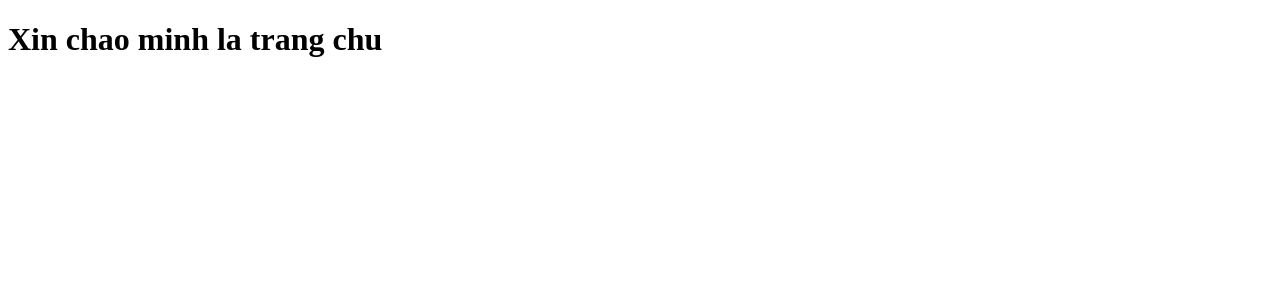
Repository: thanhbui99/java-eclipse
Page: http://localhost/java-web-11-2020/View/admin/Home.jsp
These files come from the project's save history. The page is drawn as it stood at one moment and after the next save; the edit follows.
The browser window is 1280 px wide. The pictures show the whole page.
The page is served by Tomcat 9.

Above is the page before, as saved 2020-11-03 18:01:59.

After the next save:
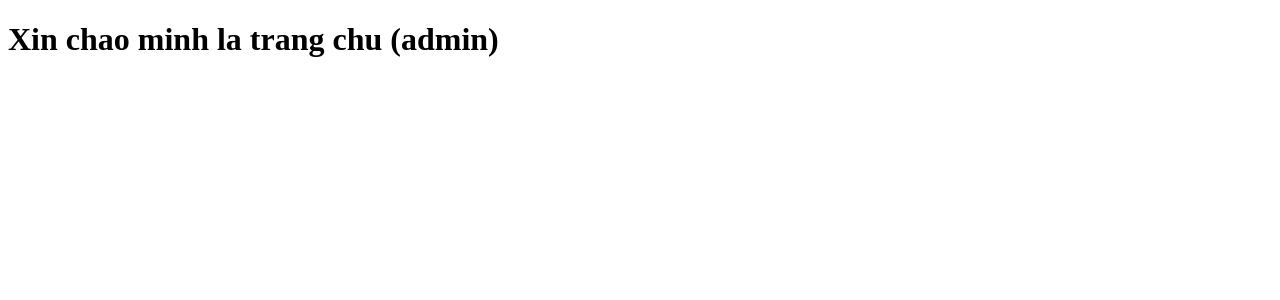
Saved 6 s later.
--- a/workspace2/java-web-11-2020/src/main/webapp/View/admin/Home.jsp
+++ b/workspace2/java-web-11-2020/src/main/webapp/View/admin/Home.jsp
@@ -7,6 +7,6 @@
 <title>Trang chu</title>
 </head>
 <body>
-   <h1>Xin chao minh la trang chu</h1>
+   <h1>Xin chao minh la trang chu (admin)</h1>
 </body>
 </html>
